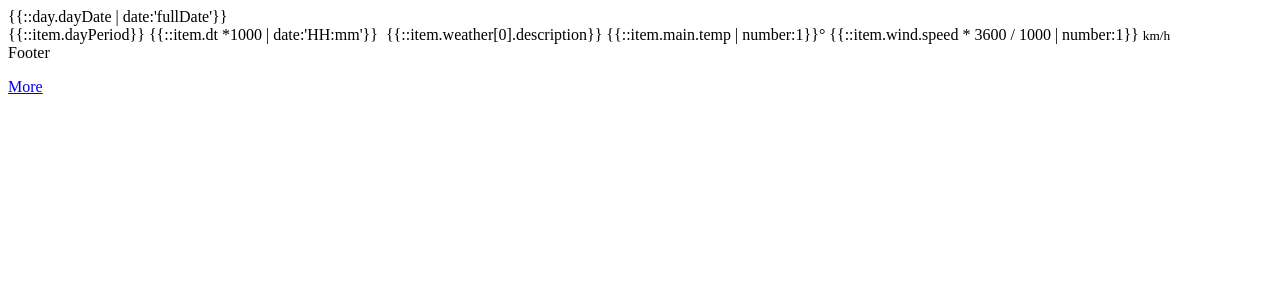
Repository: davideicardi/open-weather
Page: www/templates/home.html
The author's editor kept a record of every edit. The page is drawn from the files as they stood at one moment, then again after the next edit.
The browser window is 1280 px wide. The pictures show the whole page.

Above is the page before.

### www/templates/home.html
<ion-view view-title="Weather forecast - {{options.city}}">

  <ion-content>
    <ion-refresher
        pulling-text="Pull to refresh..."
        on-refresh="doRefresh()">
    </ion-refresher>

    <div class="list ow-weather">
      <div ng-repeat="day in days | orderBy : 'dayDate'">
        <div class="item item-divider">
          <span>{{::day.dayDate | date:'fullDate'}}</span>
        </div>

        <div class="item" ng-repeat="item in day.items">
          <span class="ow-weather-daytime">{{::item.dayPeriod}}</span>
          <span class="ow-time">{{::item.dt *1000 | date:'HH:mm'}}</span>
          <img class="ow-weather-icon" ng-src="img/{{::item.weather[0].icon}}.png" />
          <span class="ow-description">{{::item.weather[0].description}}</span>
          <span class="ow-temperature">{{::item.main.temp | number:1}}°</span>
          <span class="ow-wind">{{::item.wind.speed * 3600 / 1000 | number:1}} <small>km/h</small></span>
        </div>
      </div>
    </div>

    <div class="bar bar-footer bar-balanced">
      <div class="title">Footer</div>
    </div>
    <p>
      <a href="#" ng-click="openLink('http://openweathermap.org/city/{{forecast.city.id}}')">More</a>
    </p>

  </ion-content>
</ion-view>

After the next edit:
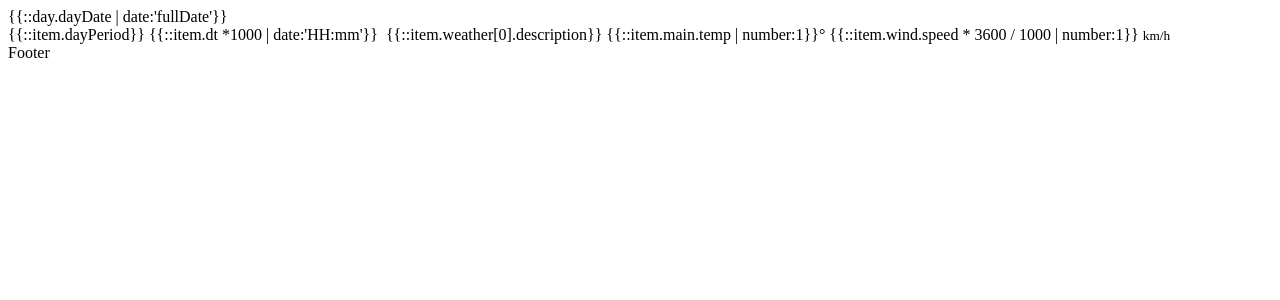
The edit:
--- a/www/templates/home.html
+++ b/www/templates/home.html
@@ -27,7 +27,6 @@
       <div class="title">Footer</div>
     </div>
     <p>
-      <a href="#" ng-click="openLink('http://openweathermap.org/city/{{forecast.city.id}}')">More</a>
     </p>
 
   </ion-content>
